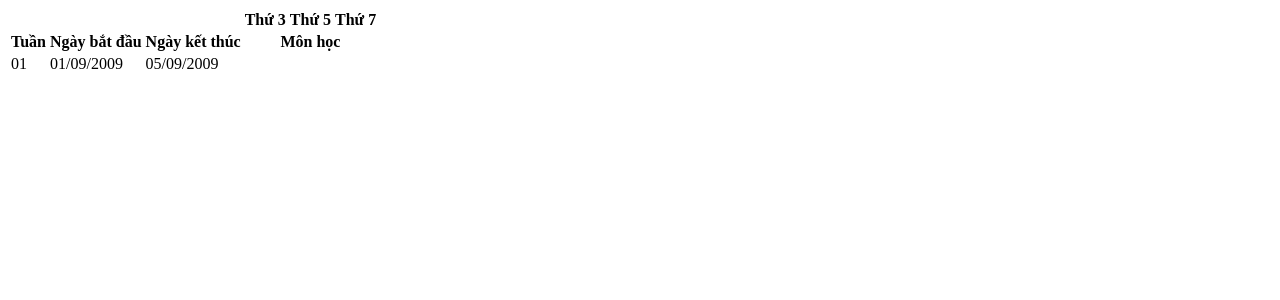
Repository: Lehuyhuynh/BT1-HTML
Page: index.html
These files come from the project's save history. The page is drawn as it stood at one moment and after a run of saves; the edit follows.
The browser window is 1280 px wide. The pictures show the whole page.

Above is the page before, as saved 2023-08-06 21:06:17.

After the next 3 saves:
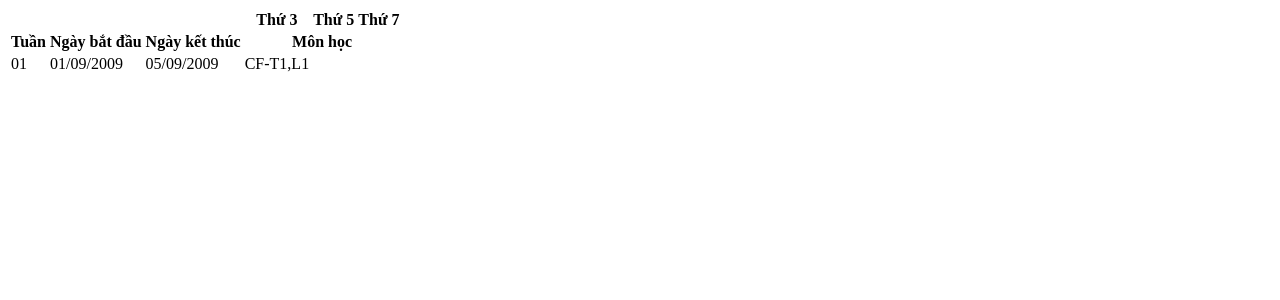
The 3 saves are shown as one change because they came seconds apart.
The last was saved 13 s later.
--- a/index.html
+++ b/index.html
@@ -27,7 +27,7 @@
         <td>01</td>
         <td>01/09/2009</td>
         <td>05/09/2009</td>
-        <td></td>
+        <td>CF-T1,L1</td>
         <td></td>
         <td></td>
       </tr>
